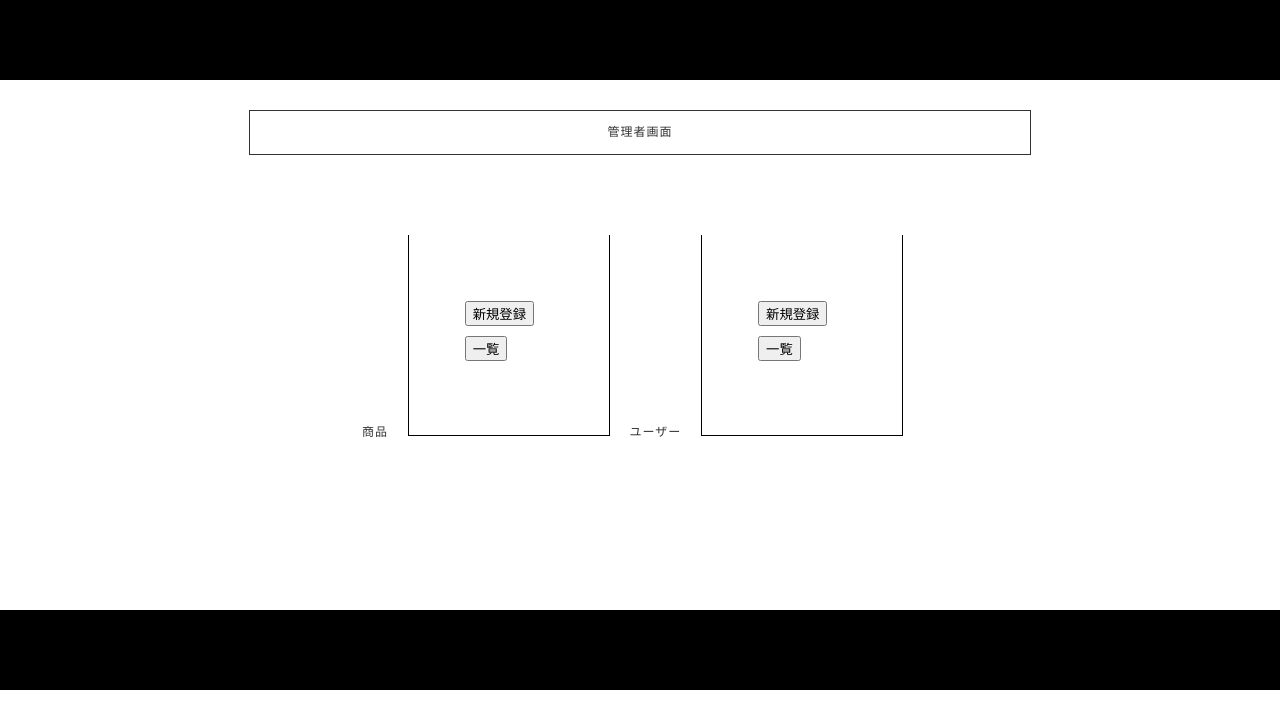
Repository: hiraide8/test
Page: http://localhost/ecsite/admin.jsp
The author's editor kept a copy of each file at every save. The page is drawn from the files as they stood at one save, then again after the next save.
The browser window is 1280 px wide. The pictures show the whole page.
The page is served by Tomcat 9.

Above is the page before, as saved 2019-01-23 11:47:05.

After the next save:
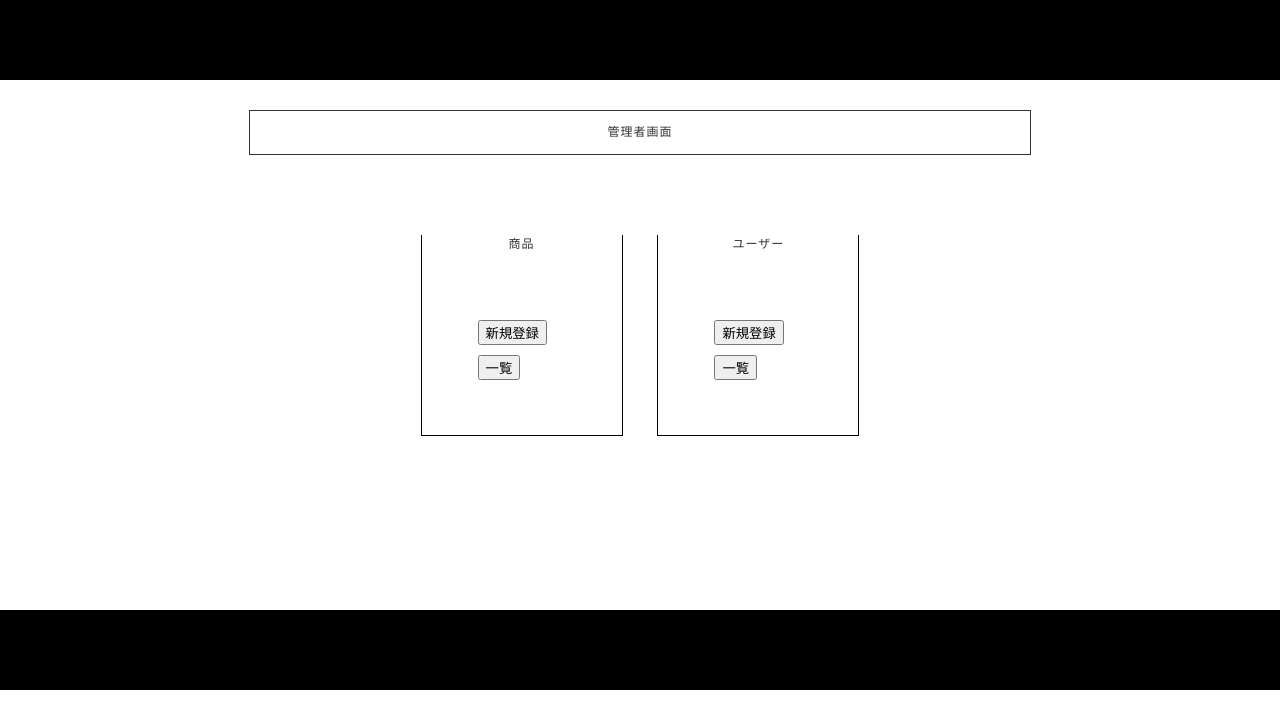
Saved 46 s later.
--- a/ecsite/WebContent/admin.jsp
+++ b/ecsite/WebContent/admin.jsp
@@ -74,8 +74,8 @@
                <div id="top">
                        <p>管理者画面</p>
                </div>
+               <div class="aaa">
                商品
-               <div class="aaa">
                        <table>
                        <tr>
                        <td>
@@ -93,8 +93,8 @@
                        </tr>
                        </table>
                </div>
+               <div class="aaa">
                ユーザー
-               <div class="aaa">
                        <table>
                        <tr>
                        <td>
